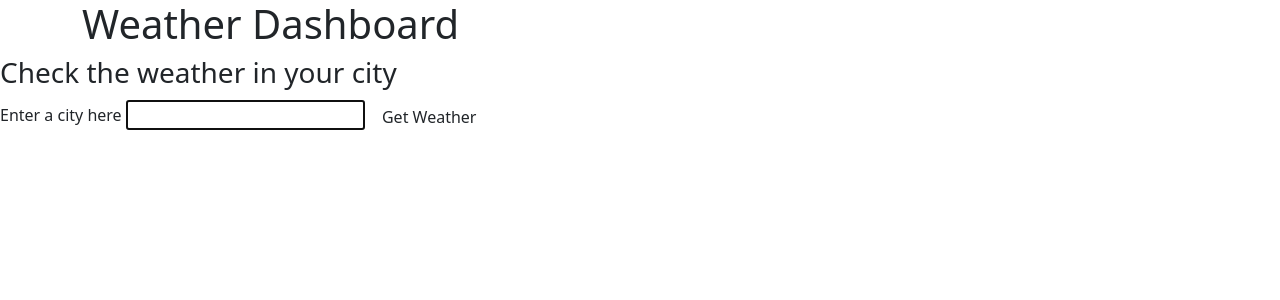
Repository: Naomilounsbury/weather-dashboard
Page: index.html
These files come from the project's save history. The page is drawn as it stood at one moment and after the next save; the edit follows.
The browser window is 1280 px wide. The pictures show the whole page.
Some web libraries are served in a nearby version.

Above is the page before, as saved 2021-12-10 13:32:06.

After the next save:
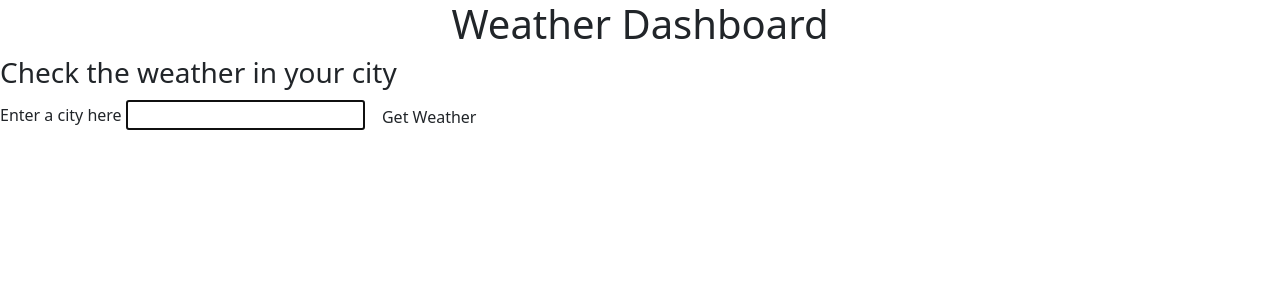
Saved 2 min 21 s later.
--- a/index.html
+++ b/index.html
@@ -11,8 +11,8 @@
 </head>
 
 <body>
-    <div class="container">
-        <h1 class="row-12">
+    <div class="container-fluid">
+        <h1 class="row justify-content-center">
             Weather Dashboard
         </h1>
     </div>
